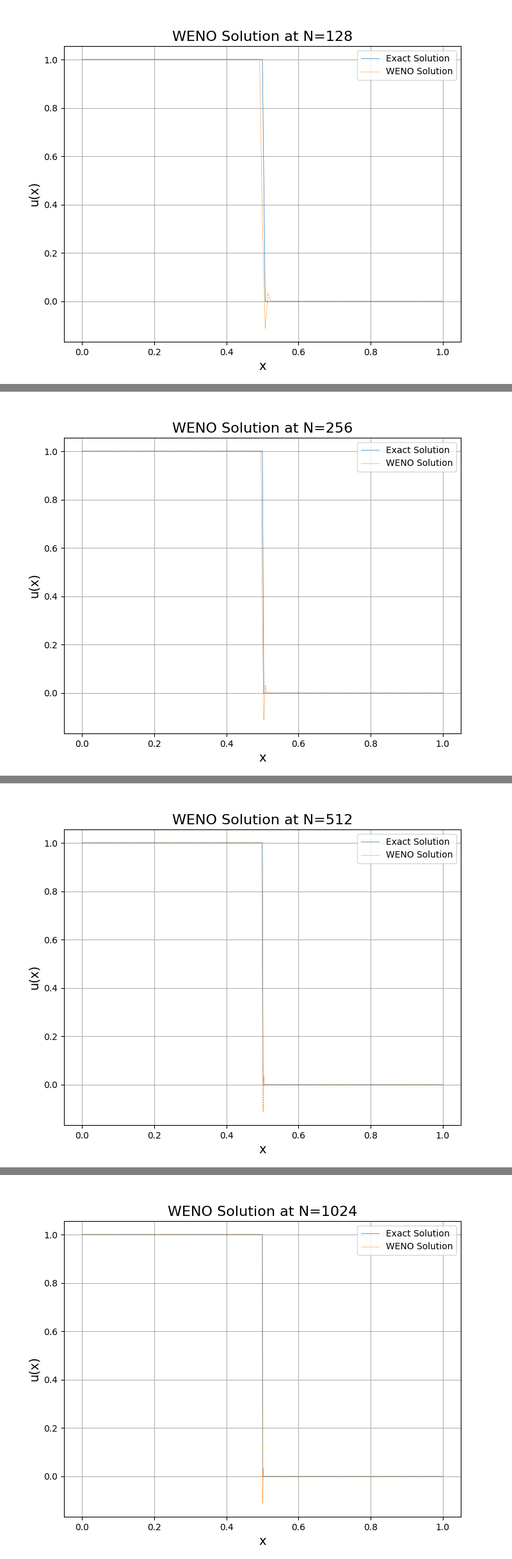
Repository: mishiroo/WENO
Script's output: python main.py
These files come from the project's save history. The script's output is drawn as it stood at one moment and after the next save; the edit follows.
The pictures are shown at 64% of full size.
Each picture stacks the figures in order, with grey between them; figures that are only written to a file come last. Random numbers start from a fixed seed.

Above is the script's output before, as saved 2024-12-13 18:00:01.

### main.py
import WENO
import TestCase
import ErrorAnalysis as EA
import numpy as np

# 计算误差阶
# N: Num of cells 网格密度太大 机器误差会影响收敛
NList = [128, 256, 512, 1024]
# NList = [50, 100, 200, 400]
# 存储计算结果
l2_err_list = []
linf_err_list = []
solution_list = []

for n in NList:
    mesh = WENO.Mesh(0, 1, n)  # 实例化的Mesh mesh.mesh访问网格本身
    test_case = TestCase.TestCase(mesh)
    # 用户只需要实现需要的函数即可
    theo_values = test_case.getTheoValues(TestCase.shockwave_fun)
    avg_values = test_case.getAverageValues(TestCase.shockwave_fun)

    # 实例化
    weno = WENO.WENO1D(mesh=mesh.mesh, avg_values=avg_values, k=3)
    weno.Reconstruct()  # WENO重构
    weno.BoundaryTreatment(theo_values)

    # 统计误差
    linf_err_list.append(EA.LinfError(theo_values, weno._solution))
    l2_err_list.append(EA.L2Error(theo_values, weno._solution))
    solution_list.append(weno._solution)
    # 绘图
    EA.Draw(mesh.mesh, theo_values, weno._solution)

EA.SaveError("WENO5Error-shock.xlsx", NList, l2_err_list, linf_err_list)

### WENO.py
import tqdm
import numpy as np
from typing import List


# 1D dimension
class WENO1D:

    def __init__(self, mesh: np.ndarray, avg_values: np.ndarray, k: int = 5) -> None:
        """初始化WENO类

        Args:
            mesh (np.ndarray): 网格剖分[lb,...ub]
            avg_values (np.ndarray): 网格剖分[lb,...ub]
            k (int, optional): 模板长度. Defaults to 3.
            Supported k=1, 2, 3, 5
        """
        assert np.size(mesh) - 1 == np.size(
            avg_values
        ), "len(mesh) == len(avg_values) + 1"
        self.avg_values = avg_values
        self.mesh = mesh

        self.order = 2 * k - 1
        self.lb = mesh[0]
        self.ub = mesh[-1]
        self.N = len(mesh) - 1  # Num of cells
        self.k = k  # Num of stencils

        self._solution = np.zeros(self.N + 1)  # 存储WENO重构结果

        # 查表得到模板组合线性权
        if self.order == 1:
            self.weights_d = [1]
        elif self.order == 3:
            self.weights_d = [2 / 3, 1 / 3]
        elif self.order == 5:
            self.weights_d = [1 / 10, 3 / 5, 3 / 10]
            # 查表得到模板组合系数
            self.C = np.array(
                [
                    [1 / 3, -7 / 6, 11 / 6],
                    [-1 / 6, 5 / 6, 1 / 3],
                    [1 / 3, 5 / 6, -1 / 6],
                    [11 / 6, -7 / 6, 1 / 3],
                ]
            )
        elif self.order == 9:
            # 直接得到五阶模板 加权可以得到九阶模板
            self.weights_d = np.array([0, 0, 1, 0, 0])  # 书上没有对应权重 取中间的权重
            self.C = np.array(
                [
                    [1 / 5, -21 / 20, 137 / 60, -163 / 60, 137 / 60],
                    [-1 / 20, 17 / 60, -43 / 60, 77 / 60, 1 / 5],
                    [1 / 30, -13 / 60, 47 / 60, 9 / 20, -1 / 20],
                    [-1 / 20, 9 / 20, 47 / 60, -13 / 60, 1 / 30],
                    [1 / 5, 77 / 60, -43 / 60, 17 / 60, -1 / 20],
                    [137 / 60, -163 / 60, 137 / 60, -21 / 20, 1 / 5],
                ]
            )
        else:
            raise ValueError(
                "k must be 1, 2 or 3, 5(测试五阶算法用)"
            )  # 其他阶的系数论文没给，先不写

        self.PrintInfo()

    def PrintInfo(self):
        print(
            f"lb = {self.lb}, ub = {self.ub}, Stencil length = {self.k}, WENO order = {self.order} "
        )
        print(f"Num of cells = {self.N}, Num of Nodes = {self.N + 1} \n")

    def StencilReconstruct(self, index: int) -> List[float]:
        """根据模板进行重构 精度为k阶

        Args:
            index (int): 计算节点的位置索引

        Returns:
            List[float]: 不同模板上的重构结果
        """
        stencil_index = index - 1
        stencil_recons = np.zeros(self.k)  # 存储不同模板重构结果的值
        if stencil_index - self.k + 1 >= 0 and stencil_index + self.k - 1 <= self.N - 1:
            for i in range(self.k):
                stencil_recons[i] = np.inner(
                    self.C[i],
                    self.avg_values[
                        stencil_index - self.k + 1 + i : stencil_index + i + 1
                    ],
                )

        elif stencil_index - self.k + 1 < 0:
            for i in range(self.k):
                stencil_recons[i] = np.inner(
                    self.C[-1],
                    self.avg_values[stencil_index + 1 : stencil_index + self.k + 1],
                )

        elif stencil_index + self.k - 1 > self.N - 1:
            for i in range(self.k):
                stencil_recons[i] = np.inner(
                    self.C[0],
                    self.avg_values[stencil_index - self.k + 1 : stencil_index + 1],
                )
        return stencil_recons

    def SmoothIndicators(self, index: int) -> np.ndarray:
        """计算指示器

        Args:
            index (int): 索引

        Returns:
            np.ndarray: 平滑指示函数
        """
        assert self.k == 2 or self.k == 3, "SmoothIndicators only support k=3 NOW!"
        # 处理非法值
        if index < self.k - 1 or index > self.N - self.k:
            return self.weights_d
        else:
            if self.k == 2:
                beta0 = self.avg_values[index + 1] - self.avg_values[index]
                beta1 = self.avg_values[index] - self.avg_values[index - 1]
                return [beta0, beta1]
            elif self.k == 3:
                beta0 = (
                    13
                    / 12
                    * (
                        self.avg_values[index]
                        - 2 * self.avg_values[index + 1]
                        + self.avg_values[index + 2]
                    )
                    ** 2
                )
                +1 / 4 * (
                    3 * self.avg_values[index]
                    - 4 * self.avg_values[index + 1]
                    + self.avg_values[index + 2]
                ) ** 2
                beta1 = (
                    13
                    / 12
                    * (
                        self.avg_values[index - 1]
                        - 2 * self.avg_values[index]
                        + self.avg_values[index + 1]
                    )
                    ** 2
                )
                +1 / 4 * (self.avg_values[index - 1] - self.avg_values[index + 1]) ** 2
                beta2 = (
                    13
                    / 12
                    * (
                        self.avg_values[index - 2]
                        - 2 * self.avg_values[index - 1]
                        + self.avg_values[index]
                    )
                    ** 2
                )
                +1 / 4 * (
                    3 * self.avg_values[index]
                    - 4 * self.avg_values[index - 1]
                    + self.avg_values[index - 2]
                ) ** 2
            return [beta0, beta1, beta2][::-1]

    def FormWeights(self, index: int, eps=1e-6) -> np.ndarray:
        """计算归一化权重

        Args:
            index (int): 索引

        Returns:
            np.ndarray: 权重
        """
        alpha = np.zeros(self.k)
        beta = self.SmoothIndicators(index)
        for i in range(self.k):
            alpha[i] = self.weights_d[i] / (eps + beta[i]) ** 2
        return alpha / np.sum(alpha)

    def NodeReconstruct(self, index: int, eps=1e-6) -> float:
        """WENO加权后的重构 精度为2k-1阶 针对节点进行重构

            返回指定索引的WENO重构结果

        Args:
            index (int): 索引
            eps (_type_, optional): eps参数. Defaults to 1e-6.

        Returns:
            float: 插值结果
        """
        weights = self.FormWeights(index, eps=eps)
        return np.inner(weights, self.StencilReconstruct(index))

    def Reconstruct(self, eps=1e-6):
        """WENO加权后的重构 精度为2k-1阶 针对区间进行重构

            返回区间上每个节点的WENO重构结果

        Args:
            eps (_type_, optional): eps参数. Defaults to 1e-6.
        """
        for i in tqdm.tqdm(range(self.N + 1)):
            self._solution[i] = self.NodeReconstruct(i, eps=eps)
        return self._solution

    def StencilReconstruct_all(self) -> np.ndarray:
        """精度为k阶 调用StencilReconstruct 针对区间进行重构

            返回区间所有节点使用模板重构结果(收敛阶为模板长度)

        Returns:
            np.ndarray: 重构结果
        """
        for i in range(self.N + 1):
            self._solution[i] = np.inner(self.weights_d, self.StencilReconstruct(i))
        return self._solution

    def BoundaryTreatment(self, theo_values: np.ndarray) -> None:
        """边界处理: 把遇到的不完整模板计算结果全部用精确值代替

        Args:
            theo_values (np.ndarray): 理论值
        """
        for i in range(self.k):
            # 前k个点
            self._solution[i] = theo_values[i]
            # 后k个点
            self._solution[self.N - i] = theo_values[self.N - i]


class Mesh:
    def __init__(self, lb: float, ub: float, N: int) -> None:
        """初始化网格

        Args:
            lb (float): 左边界
            ub (float): 右边界
            N (int): cells数量
        """
        self.lb = lb
        self.ub = ub
        self.N = N
        self.mesh = np.linspace(lb, ub, N + 1)
        self.avg_values = np.zeros(N)  # Initialize avg_values

    def BindAverageValues(self, avg_values: List[float]) -> None:
        """绑定平均值

        Args:
            avg_values (List[float]): 平均值
        """
        assert len(avg_values) == self.N, "avg_values length must be N"
        self.avg_values = avg_values

### TestCase.py
# 构建测试用例
import WENO
import GaussIntegrate
from typing import Callable
import numpy as np


def shockwave_fun(x: np.ndarray) -> np.ndarray:
    """间断函数

    Args:
        x (np.ndarray): 传入网格点

    Returns:
        np.ndarray: 对应函数值
    """
    return np.where(x <= 0.5, 1, 0)


def sin_fun(x: np.ndarray) -> np.ndarray:
    return np.sin(2 * np.pi * x)

def exp_fun(x: np.ndarray) -> np.ndarray:
    return np.exp(x)

class TestCase:
    def __init__(self, mesh: WENO.Mesh):
        self.mesh = mesh.mesh  # 具体的网格 长度为N+1
        self.N = mesh.N  # 单元格数
        self._avg_values = np.zeros(self.N)  # 初始化平均值

    def getAverageValues(
        self, func_name: Callable[[np.ndarray], np.ndarray]
    ) -> np.ndarray:
        # 利用高斯积分求解区域均值
        for i in range(self.N):
            self._avg_values[i] = GaussIntegrate.gauss_integrate(
                func_name, [self.mesh[i], self.mesh[i + 1]]
            ) / (self.mesh[i + 1] - self.mesh[i])
        return self._avg_values

    def getTheoValues(
        self, func_name: Callable[[np.ndarray], np.ndarray]
    ) -> np.ndarray:
        """获取每个网格点的理论值

        Args:
            func_name (Callable[[np.ndarray], np.ndarray]): 定义的函数
                需要实现网格点数组到网格点对应函数值数组的映射

        Returns:
            np.ndarray: 理论值
        """
        return func_name(self.mesh)

    def shockwave_avg(self) -> np.ndarray:
        """间断问题高斯积分求不对 这里用解析解计算
            f(x) = 1 if x <= 0.5 else 0

        Returns:
            np.ndarray: _description_
        """
        for i in range(self.N):
            if self.mesh[i] > 0.5:
                self._avg_values[i] = 0
            elif self.mesh[i+1] <=  0.5:
                self._avg_values[i] = self.mesh[i+1] - self.mesh[i]
            else:
                self._avg_values[i] = 0.5 - self.mesh[i]
        return self._avg_values

# 测试用例
# if __name__ == "__main__":
#     mesh = WENO.Mesh(0, 1, 100)
#     test_case = TestCase(mesh)
#     print(test_case.getAverageValues(shockwave_fun))
#     print(test_case.getTheoValues(shockwave_fun))

### GaussIntegrate.py
import numpy as np


def gauss_integrate(func, interval, n=5):
    """
    使用高斯-勒让德积分方法计算一维积分。

    参数:
    func: 被积分的函数
    a, b: 积分区间 [a, b]
    n: 积分的阶数，默认为5阶精度

    返回:
    积分结果
    """
    a, b = interval
    # 高斯-勒让德积分节点和权重，来自于预计算表
    nodes, weights = np.polynomial.legendre.leggauss(n)

    # 将节点从[-1, 1]映射到[a, b]区间
    transformed_nodes = 0.5 * (b - a) * nodes + 0.5 * (a + b)

    # 计算高斯-勒让德积分结果
    integral = 0.5 * (b - a) * np.sum(weights * func(transformed_nodes))

    return integral

def gauss_point(x_bound: list[float]) -> list[float]:
    """获取高斯点坐标list

    Args:
        x_bound (list[float]): 积分区间

    Returns:
        list[float]: 坐标点
    """
    a, b = x_bound
    # 映射后的高斯点
    c_ = 2 / 7 * np.sqrt(6 / 5)
    gpt = np.array([
        -np.sqrt(3 / 7 + c_),
        -np.sqrt(3 / 7 - c_),
        np.sqrt(3 / 7 - c_),
        np.sqrt(3 / 7 + c_),
    ])
    return ((b - a) * gpt + b + a) / 2

# 设计这些函数的作用是因为如果给出的句柄存在if-else判断，计算高斯点函数值时，会报错
# 所以现在要把计算函数值和组装分开
def gauss_point_value(f, gpt: list, x_bound: list[float]) -> list[float]:
    """获取高斯点函数值

    Args:
        f (function): 函数
        gpt (list): 映射后的高斯点坐标
        x bound: 积分区间

    Returns:
        list: 函数值
    """
    a, b = x_bound
    return [f(x) for x in gpt]


def gauss_integrate_ls(f_list, x_bound: list[float]) -> float:
    """4个高斯点的高斯积分 精度为7阶

    Args:
        f_list : 函数求值后的列表
        x_bound (list[float]): 积分区域

    Returns:
        float: 积分结果
    """
    a, b = x_bound
    # 权重
    w1 = (18 + np.sqrt(30)) / 36
    w2 = (18 - np.sqrt(30)) / 36
    A = [w2, w1, w1, w2]

    # 转为标准区间
    I = 0
    J = (b - a) / 2
    for i in range(4):
        I += A[i] * f_list[i] * J
    return I


# 测试用例
# if __name__ == "__main__":
#     def f(x):
#         return x

#     bd = [0, 2]
#     gpt = gauss_point(bd)
#     f_list = gauss_point_value(f, gpt, bd)
#     print(2)
#     print(gauss_integrate(f, bd))
#     print(gauss_integrate_ls(f_list, bd))

### ErrorAnalysis.py
# 分析计算结果的收敛阶 绘制计算效果图
import numpy as np
import pandas as pd
from typing import List
from matplotlib import pyplot as plt


def AccuracyOrder(N1: int, N2: int, Error1: int, Error2: int) -> float:
    """给定两组剖分和计算结果，计算收敛阶

    Args:
        N1 (int): 第一次剖分的网格数
        N2 (int): 第二次剖分的网格数
        Error1 (int): 第一次剖分的误差
        Error2 (int): 第二次剖分的误差

    Returns:
        float: 收敛阶
    """
    return np.log(Error1 / Error2) / np.log(N2 / N1)


def AccuracyOrders(NList: List[int], ErrorList: List[float]) -> np.ndarray:
    """对两组及以上剖分结果进行收敛阶分析 返回长度为len(NList)第一个元素为None的收敛阶数组
    输入参数是Num of cells
    Args:
        NList (List[int]): 网格剖分参数列表
        ErrorList (List[float]): 误差结果列表

    Returns:
        np.ndarray: 收敛阶列表
    """
    assert len(NList) == len(
        ErrorList
    ), f"length of NList and ErrorList must be equal, but {len(NList)} and {len(ErrorList)} are given"
    orderList = np.zeros(len(NList))
    orderList[0] = None
    for i in range(1, len(NList)):
        orderList[i] = AccuracyOrder(
            NList[i], NList[i - 1], ErrorList[i], ErrorList[i - 1]
        )
    return orderList


def AccuracyOrders_h(hList: List[float], ErrorList: List[float]) -> np.ndarray:
    """对两组及以上剖分结果进行收敛阶分析 返回长度为len(hList)第一个元素为None的收敛阶数组
    输入参数是剖分长度
    Args:
        hList (List[int]): 网格剖分长度列表
        ErrorList (List[float]): 误差结果列表

    Returns:
        np.ndarray: 收敛阶列表
    """
    N = [int(1/h) for h in hList]
    return AccuracyOrders(N, ErrorList)


def SaveError(
    fn: str, NList: List[int], L2ErrorList: List[float], LinfErrorList: List[float]
) -> None:
    """保存误差结果

    Args:
        fn (str): 保存文件名
        NList (List[int]): 网格剖分参数列表
        ErrorList (List[float]): 误差结果列表
    """
    ac_orders_l2 = AccuracyOrders(NList, L2ErrorList)
    ac_orders_linf = AccuracyOrders(NList, LinfErrorList)
    # 保存计算结果
    data = {
        "N": NList,
        "L2Error": L2ErrorList,
        "L2Order": ac_orders_l2,
        "LInfError": LinfErrorList,
        "LInfOrder": ac_orders_linf,
    }
    df = pd.DataFrame(data)
    df.to_excel(fn, index=False)
    # 打印误差
    print(f"l2 err accuracy order: {ac_orders_l2}")
    print(f"linf err accuracy order: {ac_orders_linf}")


def L2Error(analytical: List[float], numerical: List[float]) -> float:
    """计算L2误差

    Args:
        analytical (List[float]): 解析解
        numerical (List[float]): 数值解

    Returns:
        float: L2误差
    """
    return np.sqrt(np.sum([(a - n) ** 2 for a, n in zip(analytical, numerical)]))


def LinfError(analytical: List[float], numerical: List[float]) -> float:
    """计算Linf误差

    Args:
        analytical (List[float]): 解析解
        numerical (List[float]): 数值解

    Returns:
        float: Linf误差
    """
    return max([abs(a - n) for a, n in zip(analytical, numerical)])


def Draw(
    mesh: np.ndarray,
    theo_values: np.ndarray,
    weno_values: np.ndarray,
    show=False,
    fn: str = None,
):
    """只绘制剖分为N的精确值与数值解对比图

    Args:
        mesh (np.ndarray): 剖分网格
        theo_values (np.ndarray): 理论值
        weno_values (np.ndarray): WENO求解结果
        show(Bool, optional): 是否显示图形. Defaults to False.
        fn (str, optional): 保存文件名. Defaults to None.
    """
    N = mesh.size - 1
    # 创建图形
    plt.figure(figsize=(8, 6), dpi=150)

    # 绘制理论值
    plt.plot(
        mesh,
        theo_values,
        label="Exact Solution",
        linestyle="-",
        linewidth=0.5,
    )
    # 绘制WENO数值解
    plt.plot(
        mesh,
        weno_values,
        label="WENO Solution",
        linestyle="--",
        linewidth=0.5,
    )
    # 设置标题和标签

    plt.title(f"WENO Solution at N={N}", fontsize=16)
    plt.xlabel("x", fontsize=14)
    plt.ylabel("u(x)", fontsize=14)

    # 显示图例
    plt.legend()

    # 显示网格
    plt.grid(True)
    if fn is not None:
        plt.savefig(f"figures/{fn}.png")
    else:
        plt.savefig(f"figures/WENO5-N={N}.png")
    # 展示图形
    if show:
        plt.show()

After the next save:
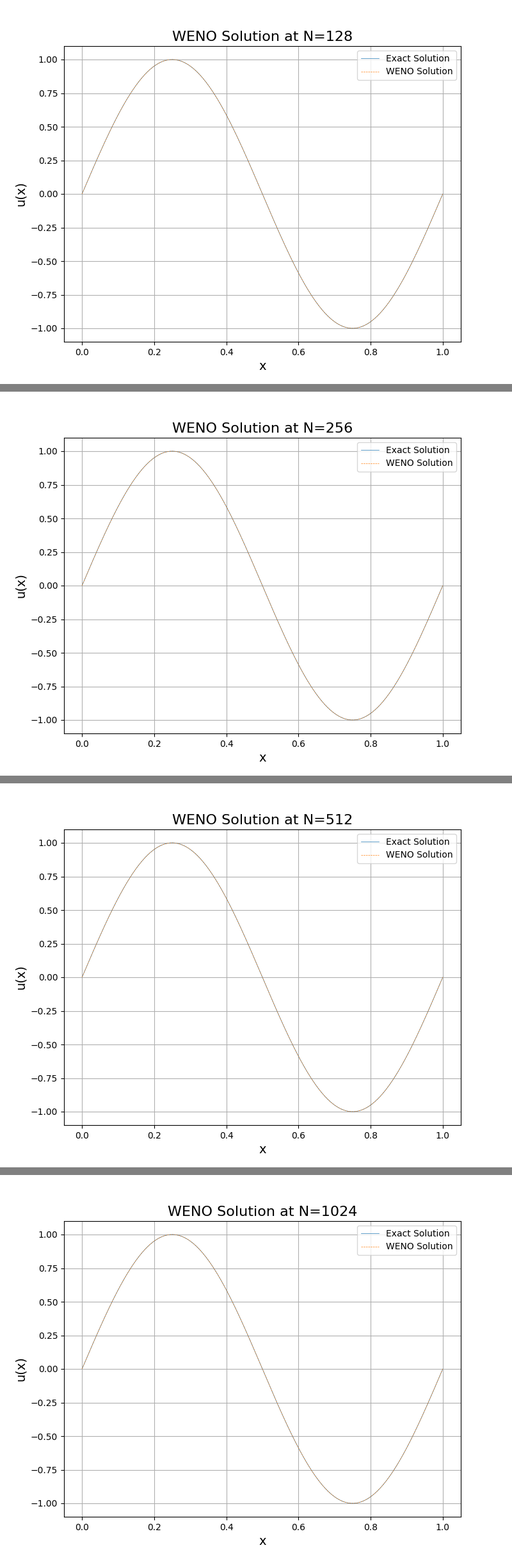
Saved 24 s later.
--- a/main.py
+++ b/main.py
@@ -16,8 +16,8 @@
     mesh = WENO.Mesh(0, 1, n)  # 实例化的Mesh mesh.mesh访问网格本身
     test_case = TestCase.TestCase(mesh)
     # 用户只需要实现需要的函数即可
-    theo_values = test_case.getTheoValues(TestCase.shockwave_fun)
-    avg_values = test_case.getAverageValues(TestCase.shockwave_fun)
+    theo_values = test_case.getTheoValues(TestCase.sin_fun)
+    avg_values = test_case.getAverageValues(TestCase.sin_fun)
 
     # 实例化
     weno = WENO.WENO1D(mesh=mesh.mesh, avg_values=avg_values, k=3)
@@ -31,4 +31,4 @@
     # 绘图
     EA.Draw(mesh.mesh, theo_values, weno._solution)
 
-EA.SaveError("WENO5Error-shock.xlsx", NList, l2_err_list, linf_err_list)
+EA.SaveError("WENO5Error-sin.xlsx", NList, l2_err_list, linf_err_list)

After the 3 saves that followed:
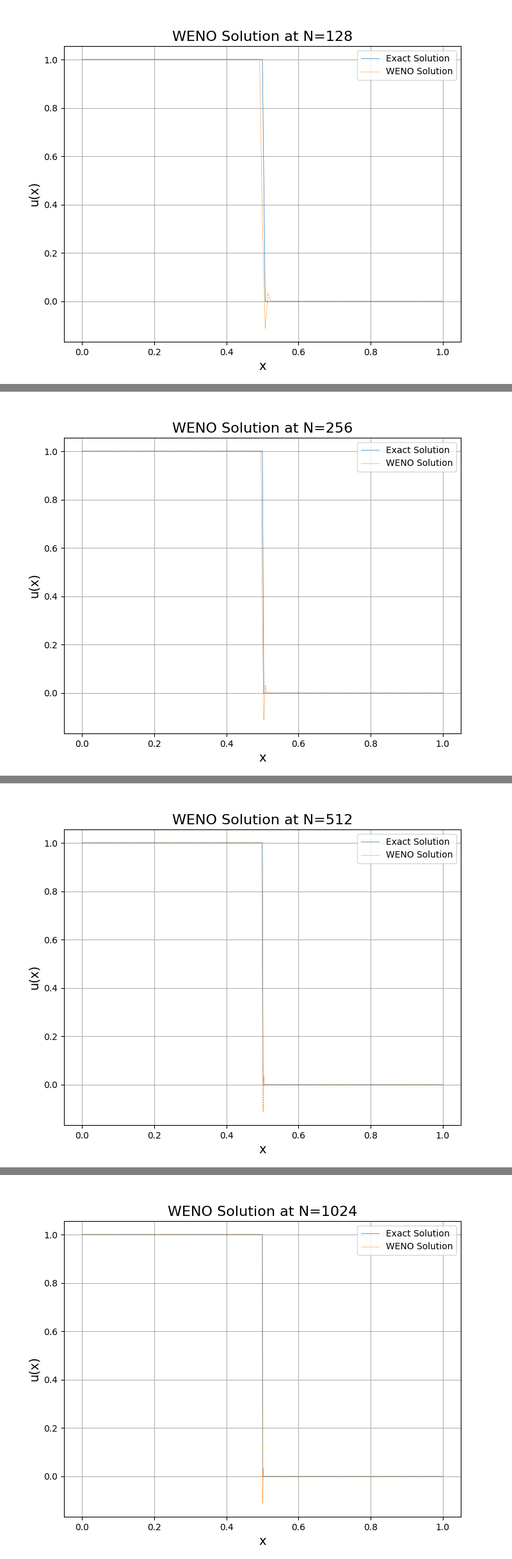
The 3 saves are shown as one change because 2 left the picture as it was.
The last was saved 2 min 3 s later.
--- a/main.py
+++ b/main.py
@@ -16,8 +16,8 @@
     mesh = WENO.Mesh(0, 1, n)  # 实例化的Mesh mesh.mesh访问网格本身
     test_case = TestCase.TestCase(mesh)
     # 用户只需要实现需要的函数即可
-    theo_values = test_case.getTheoValues(TestCase.sin_fun)
-    avg_values = test_case.getAverageValues(TestCase.sin_fun)
+    theo_values = test_case.getTheoValues(TestCase.shockwave_fun)
+    avg_values = test_case.getAverageValues(TestCase.shockwave_fun)
 
     # 实例化
     weno = WENO.WENO1D(mesh=mesh.mesh, avg_values=avg_values, k=3)
@@ -31,4 +31,4 @@
     # 绘图
     EA.Draw(mesh.mesh, theo_values, weno._solution)
 
-EA.SaveError("WENO5Error-sin.xlsx", NList, l2_err_list, linf_err_list)
+EA.SaveError("WENO5Error-shock.xlsx", NList, l2_err_list, linf_err_list)
